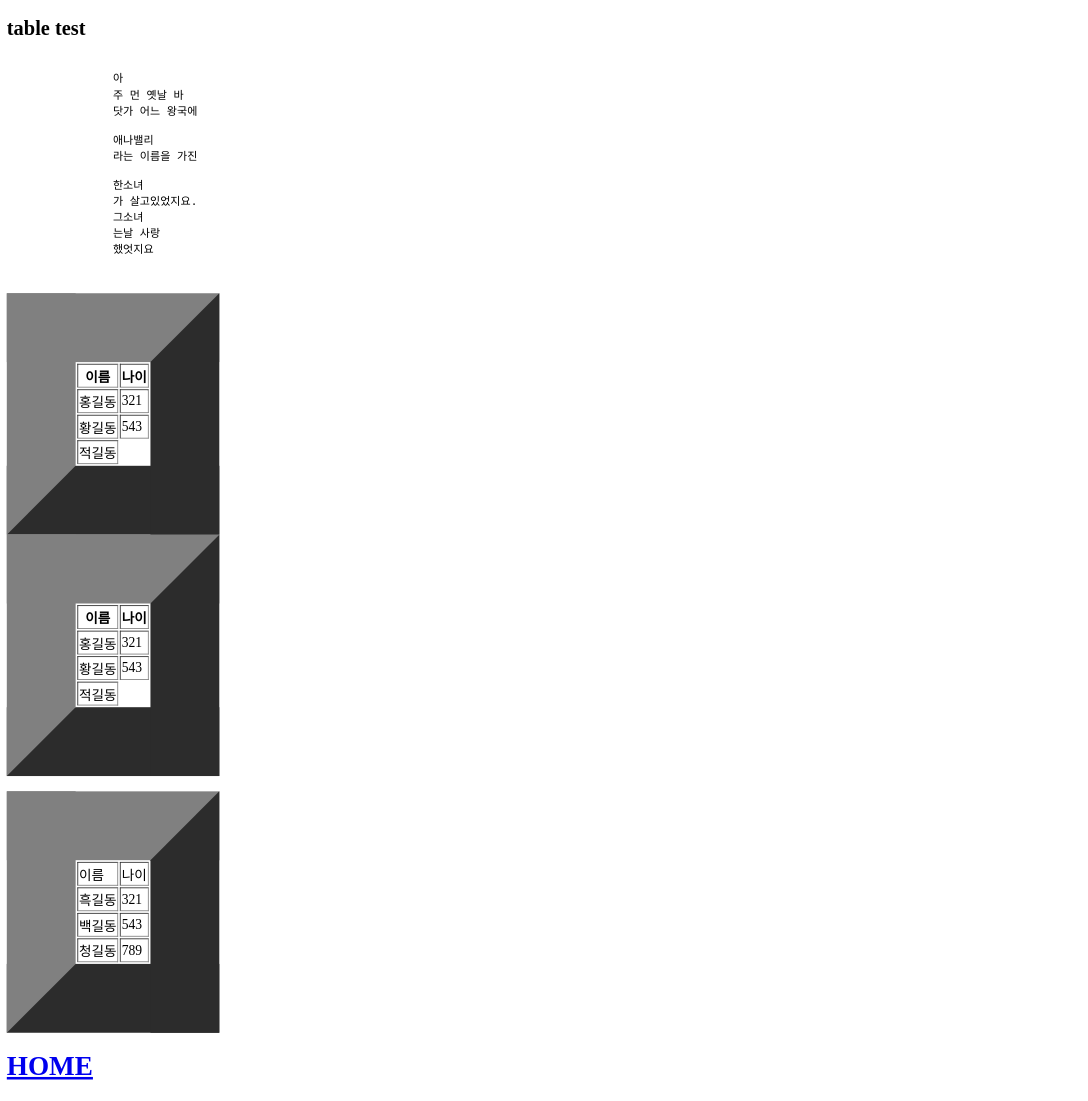
Repository: ssleap/multicampusIoT
Page: workspace190520/edu1/WebContent/table.html
The author's editor kept a copy of each file at every save. The page is drawn from the files as they stood at one save, then again after the next save.
The browser window is 1280 px wide. The pictures show the whole page, at 85% of full size.

Above is the page before, as saved 2019-05-20 06:48:15.

### workspace190520/edu1/WebContent/table.html
<!DOCTYPE html>
<html>
<head>
<meta charset="UTF-8">
<meta name = "viewport" content ="width=device-width, initial-scale=1">
<title>table</title>
</head>
<body>


	<h2>table test</h2>
	<pre>

		아
		주 먼 옛날 바
		닷가 어느 왕국에

		애나밸리
		라는 이름을 가진

		한소녀
		가 살고있었지요.
		그소녀
		는날 사랑
		했엇지요

	</pre>

	<table border = "81">
		<thead>
		<tr><th>이름</th><th>나이</th></tr>
		</thead>
		<tbody>
		<tr><td>홍길동</td><td>321</td></tr>
		<tr><td>황길동</td><td rawspan = "2">543</td></tr>
		<tr><td>적길동</td></tr>
		</tbody>
	</table>

	<table border = "81">
		<thead>
		<tr><th>이름</th><th>나이</th></tr>
		</thead>
		<tbody>
		<tr><td>홍길동</td><td>321</td></tr>
		<tr><td>황길동</td><td>543</td></tr>
		<tr><td>적길동</td></tr>
		</tbody>
	</table>

	<br>

	<table border = "81">

		<tr><td>이름</td><td>나이</td></tr>
		<tr><td>흑길동</td><td>321</td></tr>
		<tr><td>백길동</td><td>543</td></tr>
		<tr><td>청길동</td><td>789</td></tr>

	</table>

	<h1><a href = "index.html">HOME</a></h1>



</body>
</html>

After the next save:
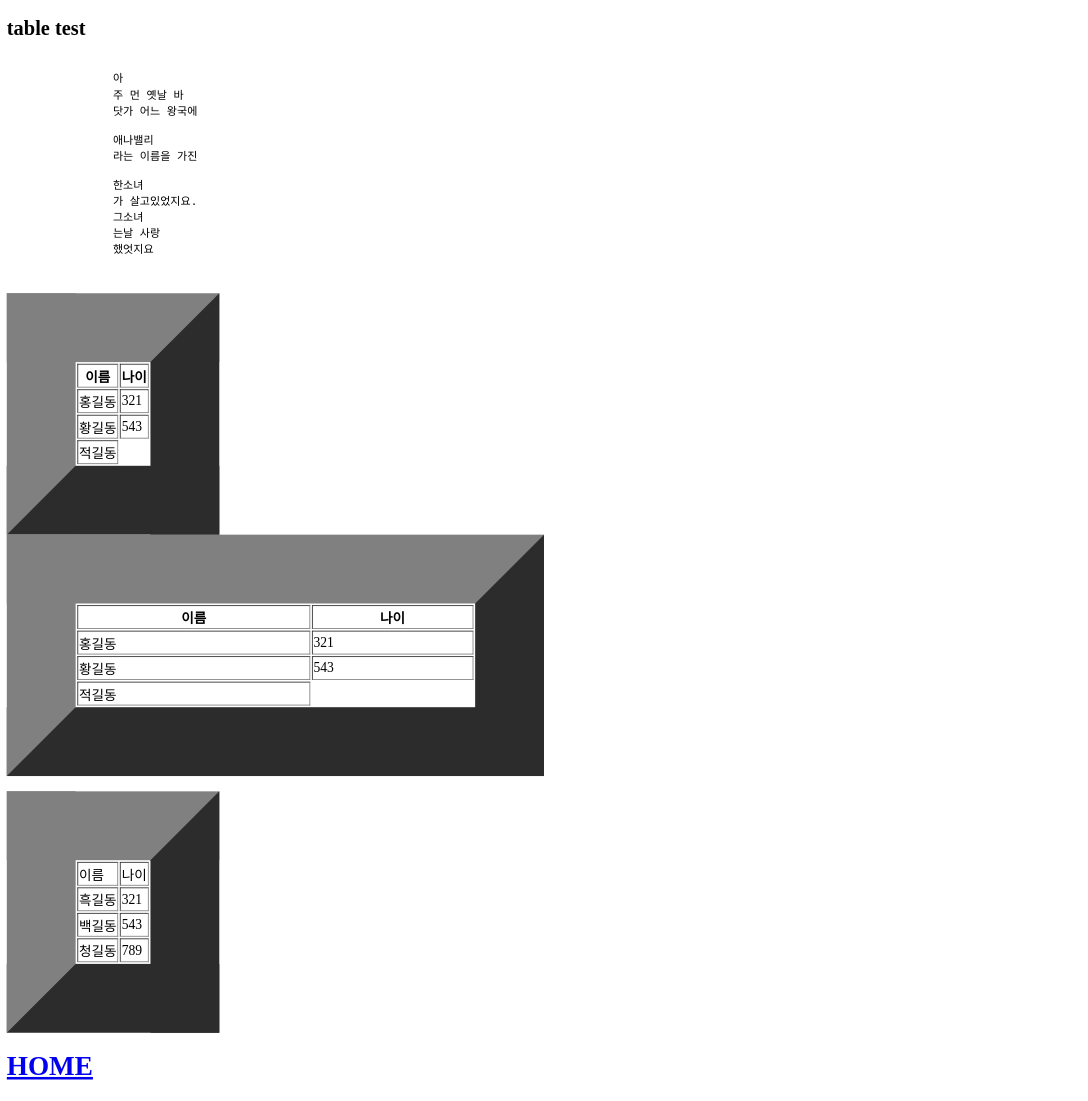
Saved 93 s later.
--- a/workspace190520/edu1/WebContent/table.html
+++ b/workspace190520/edu1/WebContent/table.html
@@ -28,7 +28,7 @@
 
 	<table border = "81">
 		<thead>
-		<tr><th>이름</th><th>나이</th></tr>
+		<tr><th colsapn = "1">이름</th><th>나이</th></tr>
 		</thead>
 		<tbody>
 		<tr><td>홍길동</td><td>321</td></tr>
@@ -37,7 +37,7 @@
 		</tbody>
 	</table>
 
-	<table border = "81">
+	<table border = "81" width = "50%">
 		<thead>
 		<tr><th>이름</th><th>나이</th></tr>
 		</thead>
